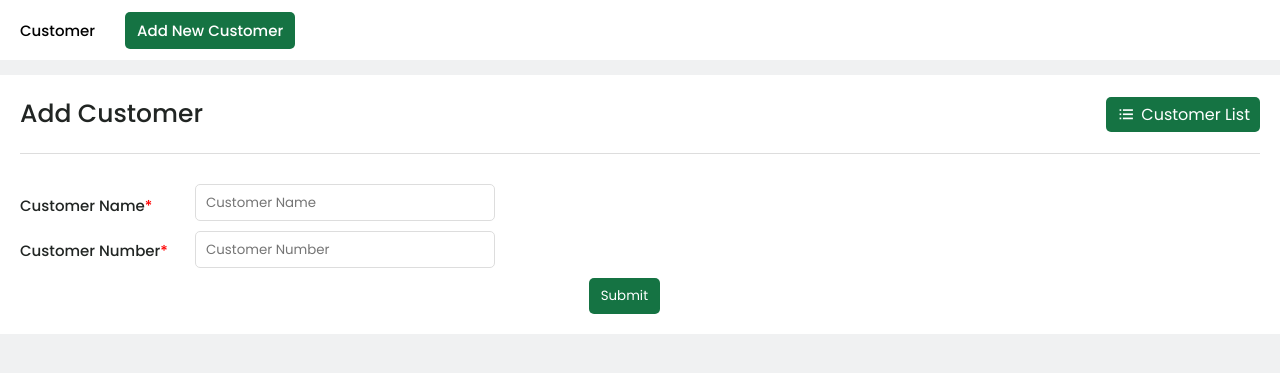
Repository: codebyaddro/customer-page
Page: pages/html/ancus.html
The author's editor kept a copy of each file at every save. The page is drawn from the files as they stood at one save, then again after a run of saves.
The browser window is 1280 px wide. The pictures show the whole page.

Above is the page before, as saved 2025-02-20 15:24:09.

### pages/html/ancus.html
<!DOCTYPE html>
<html lang="en">
<head>
    <meta charset="UTF-8">
    <meta name="viewport" content="width=device-width, initial-scale=1.0">
    <!-- CSS -->
    <link rel="stylesheet" href="/pages/css/ancus.css">
    <!-- Icons -->
    <link href='https://unpkg.com/boxicons@2.1.4/css/boxicons.min.css' rel='stylesheet'>
    <title>Add New Customer - Page</title>
</head>
<body style="background-color: var(--gray-white);">
    <div class="cba-add-new-cus-container">
        <div class="cba-ancus-top-menus">
            <ul>
                <li><a href="/index.html" class="cba-ancus-light-up">Customer</a></li>
                <li><a href="/inner-pages/html/anc.html" class="cba-ancus-active-menu">Add New Customer</a></li>
            </ul>
        </div>
        <div class="cba-ancus-add-container">
            <div class="cba-ancus-heading-add-new-btn">
                <div class="cba-ancus-heading">
                    <h2>Add Customer</h2>
                </div>
                <div class="cba-ancus-cate-list-btn">
                    <i class='cba-ancus-add-icon bx bx-list-ul'></i>
                    <a href="/index.html">Customer List</a>
                </div>
            </div>
            <div class="cba-ancus-category-add-field">
                <div class="cba-ancus-form-con">
                    <div class="cba-ancus-label">
                        <label for="customer-name">Customer Name<span class="cba-ancus-required">*</span></label>
                        <label for="customer-number">Customer Number<span class="cba-ancus-required">*</span></label>
                    </div>
                    <div class="cba-ancus-input">
                        <input type="text" name="customer-name" id="customer-name" placeholder="Customer Name">
                        <input type="text" name="customer-number" id="customer-number" placeholder="Customer Number">
                        <div class="cba-ancus-submit-btn">
                            <input type="submit">
                        </div>
                    </div>
                </div>
            </div>
        </div>
    </div>
</body>
</html>

### pages/css/ancus.css
/* -- fonts -- */
@import url('https://fonts.googleapis.com/css2?family=Poppins:ital,wght@0,100;0,200;0,300;0,400;0,500;0,600;0,700;0,800;0,900;1,100;1,200;1,300;1,400;1,500;1,600;1,700;1,800;1,900&family=Raleway:ital,wght@0,100..900;1,100..900&family=Roboto:ital,wght@0,100;0,300;0,400;0,500;0,700;0,900;1,100;1,300;1,400;1,500;1,700;1,900&family=VT323&display=swap');

/* -- root -- */

:root {
    --gray-white: #F0F1F2;
    --white: #FFFFFF;
    --black: #000000;
    --gray-black: #DDDDDD;
    --light-black: #212523;
    --main-green: #157343;
    --main-light: #37A000;
    --light-orange: #FD7E14;
    --green: #008000;
    --light-green: #e9f6ec;
    --red: #FF0000;
    --light-red: #fbeaec;
}

/* --universal style -- */

* {
    margin: 0;
    padding: 0;
    box-sizing: border-box;
    font-family: "Poppins", serif;
}

/* -- website app text selection cursor style */

::selection {
    color: var(--white);
    background-color: var(--main-light);
}

/* -- add new container style -- */

.cba-add-new-cus-container {
    width: 100%;
}

/* -- top menus style--  */

.cba-ancus-top-menus {
    background-color: var(--white);
    display: flex;
    justify-content: left;
    align-items: center;
    height: 60px;
    padding: 0px 40px;
    margin-bottom: 15px;
}

.cba-ancus-top-menus ul {
    list-style-type: none;
    display: flex;
    gap: 30px;
    margin-left: -20px;
}

.cba-ancus-top-menus ul li a {
    text-decoration: none;
    color: var(--black);
    font-size: 15px;
    font-weight: 500;
}

/* -- active menu style -- */

.cba-ancus-active-menu {
    color: var(--white)!important;
    background-color: var(--main-green);
    padding: 8px 12px;
    border-radius: 5px;
}

/* -- menu hover style -- */

.cba-ancus-light-up:hover {
    color: var(--light-orange);
}

/* -- list container style -- */

.cba-ancus-add-container {
    background-color: var(--white);
    padding: 0px 20px;
}

/* -- heading-add-new-btn style -- */

.cba-ancus-heading-add-new-btn {
    display: flex;
    justify-content: space-between;
    align-items: center;
    border-bottom: 1px solid var(--gray-black);
    padding: 20px 0px;
}

.cba-ancus-heading h2 {
    color: var(--light-black);
    font-size: 25px;
    font-weight: 500;
}

/* -- add-new-btn style -- */

.cba-ancus-cate-list-btn {
    display: flex;
    gap: 5px;
    justify-content: baseline;
    align-items: center;
}

.cba-ancus-cate-list-btn {
    background-color: var(--main-green);
    padding: 5px 10px;
    border-radius: 5px;
}

.cba-ancus-cate-list-btn a {
    color: var(--white);
    text-decoration: none;
}

.cba-ancus-add-icon {
    color: var(--white);
    font-size: 20px;
}

/* -- customer add field style -- */

/* -- label red star style -- */
.cba-ancus-required {
    color: var(--red);
}

.cba-ancus-category-add-field {
    width: 50%;
    padding-top: 30px;
    padding-bottom: 20px;
}

.cba-ancus-form-con {
    display: grid;
    gap: 20px;
    grid-template-columns: 25% 75%;
}

.cba-ancus-form-con .cba-ancus-label {
    display: flex;
    justify-content: left;
    flex-direction: column;
}

.cba-ancus-form-con label {
    color: var(--light-black);
    font-size: 15px;
    font-weight: 500;
    margin-top: 10px;
    margin-bottom: 12px;
}

.cba-ancus-form-con input {
    display: flex;
    justify-content: left;
    flex-direction: column;
}

.cba-ancus-input > input {
    width: 300px!important;
    padding: 7.5px 10px;
    border: 1px solid var(--gray-black);
    border-radius: 5px;
    outline: none;
}

input[type="text"] {
    width: 100%;
    padding: 7.5px 10px;
    border: 1px solid var(--gray-black);
    border-radius: 5px;
    outline: none;
    margin-top: 0px;
    margin-bottom: 10px;
}

select {
    width: 100%;
    padding: 7.5px 10px;
    border: 1px solid var(--gray-black);
    border-radius: 5px;
    outline: none;
    appearance: none;
}

.cba-ancus-submit-btn {
    display: flex;
    justify-content: right;
    margin-top: 10px;
}

input[type="submit"] {
    background-color: var(--main-green);
    color: var(--white);
    border: none;
    border-radius: 5px;
    padding: 8px 12px;
    cursor: pointer;
}

After the next 2 saves:
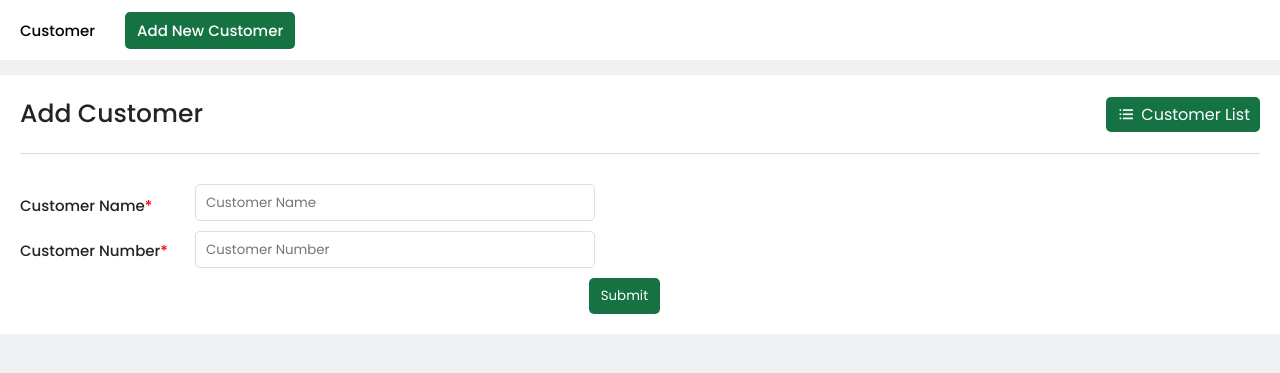
The 2 saves are shown as one change because they came seconds apart.
The last was saved 6 s later.
--- a/pages/css/ancus.css
+++ b/pages/css/ancus.css
@@ -169,7 +169,7 @@
 }
 
 .cba-ancus-input > input {
-    width: 300px!important;
+    width: 400px!important;
     padding: 7.5px 10px;
     border: 1px solid var(--gray-black);
     border-radius: 5px;
